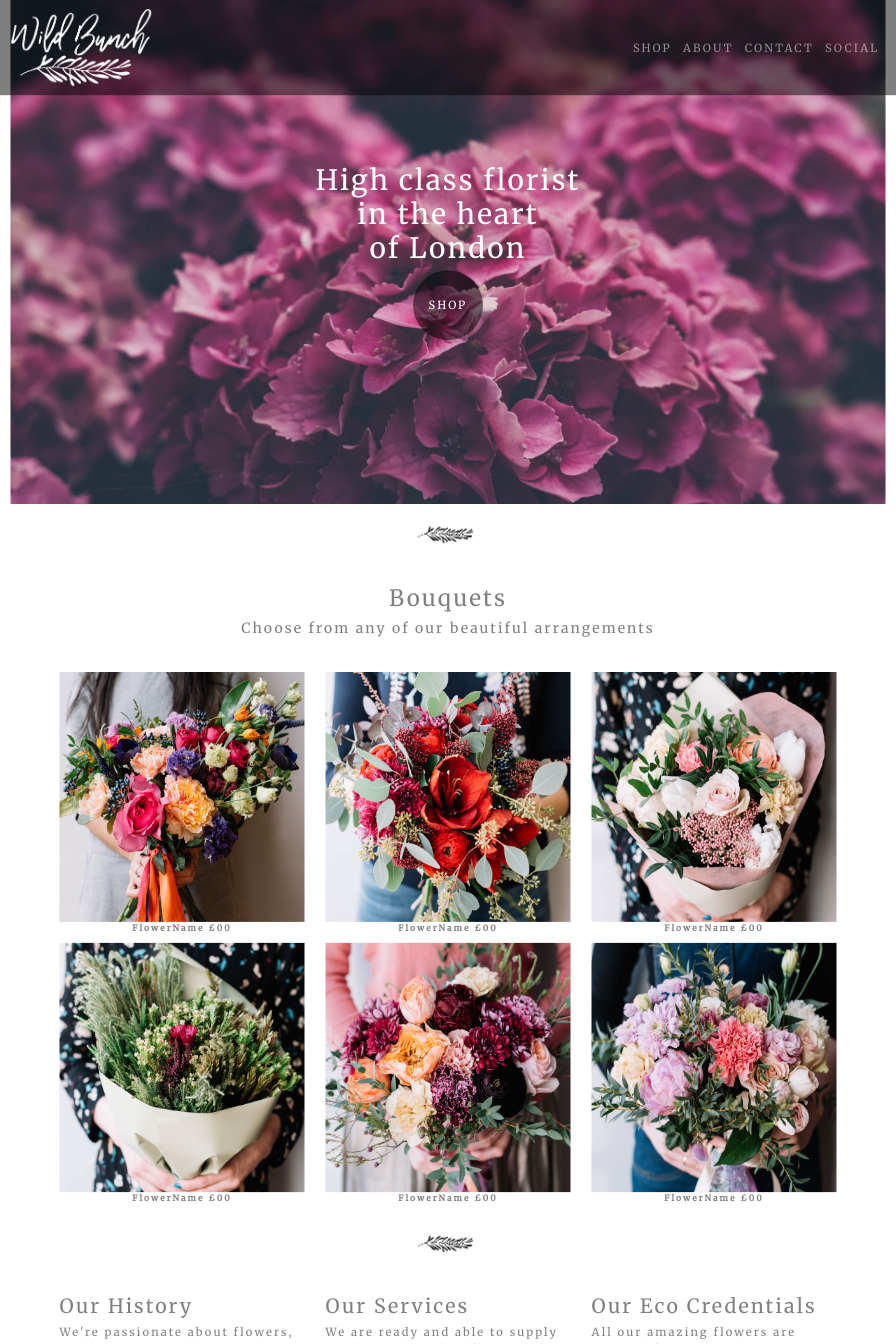
Repository: GarySimons/One-Milestone-Project
Page: assets/indexold.html
The author's editor kept a record of every edit. The page is drawn from the files as they stood at one moment, then again after the next edit.
The browser window is 1280 px wide. The pictures show the part of the page from y = 0 to 1920 px (the page is 2931 px tall before and 3067 px after), at 70% of full size.
Backgrounds fixed to the window are drawn as part of the page.

Above is the page before.

After the next edit:
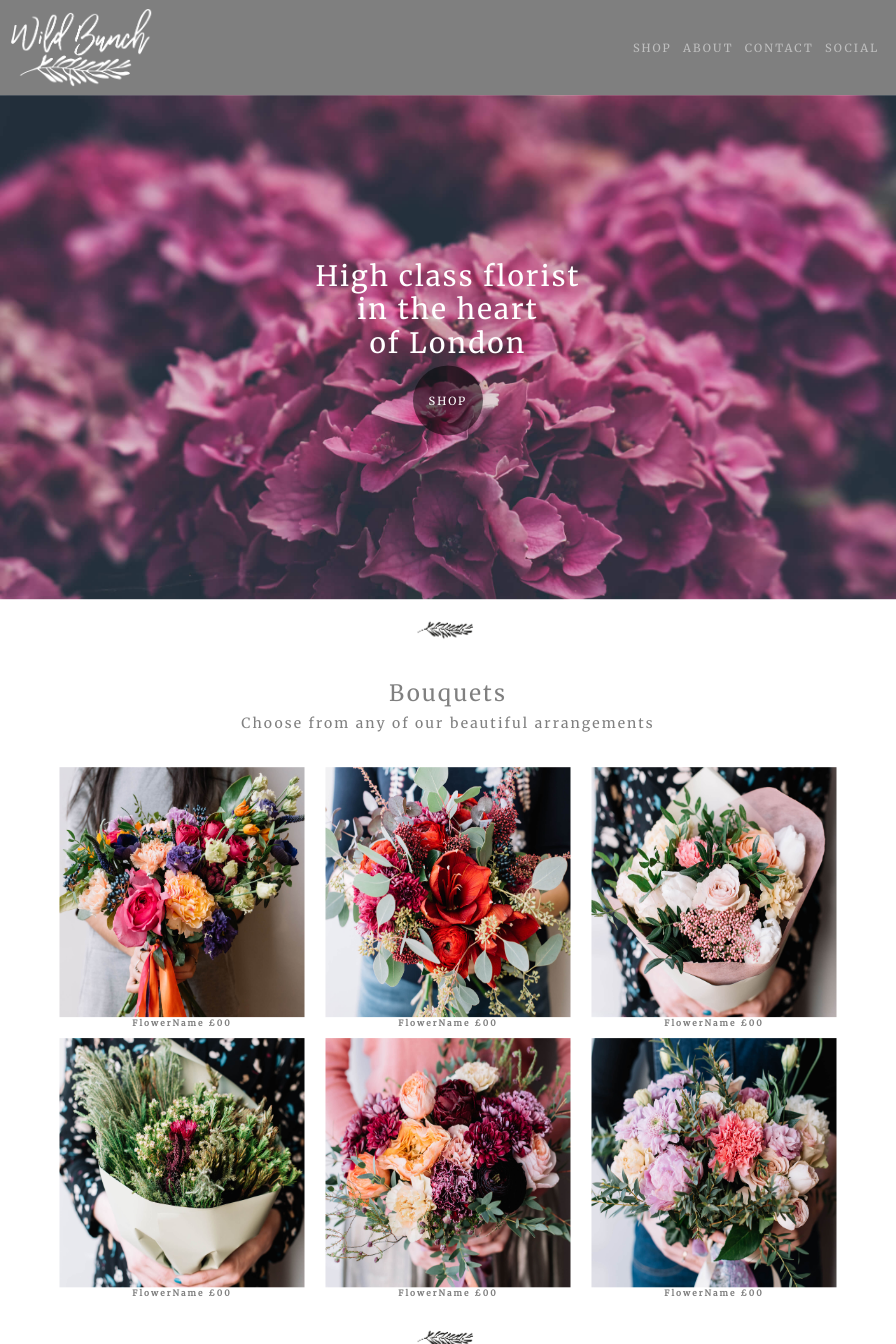
The edit:
--- a/assets/indexold.html
+++ b/assets/indexold.html
@@ -17,7 +17,7 @@
   <!-- Nav bar -->
 
 <main class="container-fluid">
-  <div class="container-fluid nav-container">
+  <section class="container-fluid nav-container">
     <nav class="navbar navbar-expand-sm navbar-dark">
       <a class="navbar-brand" href="#">
     <img src="assets/images/wild_bunch_white.png" width="200" height="110" alt="Wild_Bunch_Logo">

After the edit that followed:
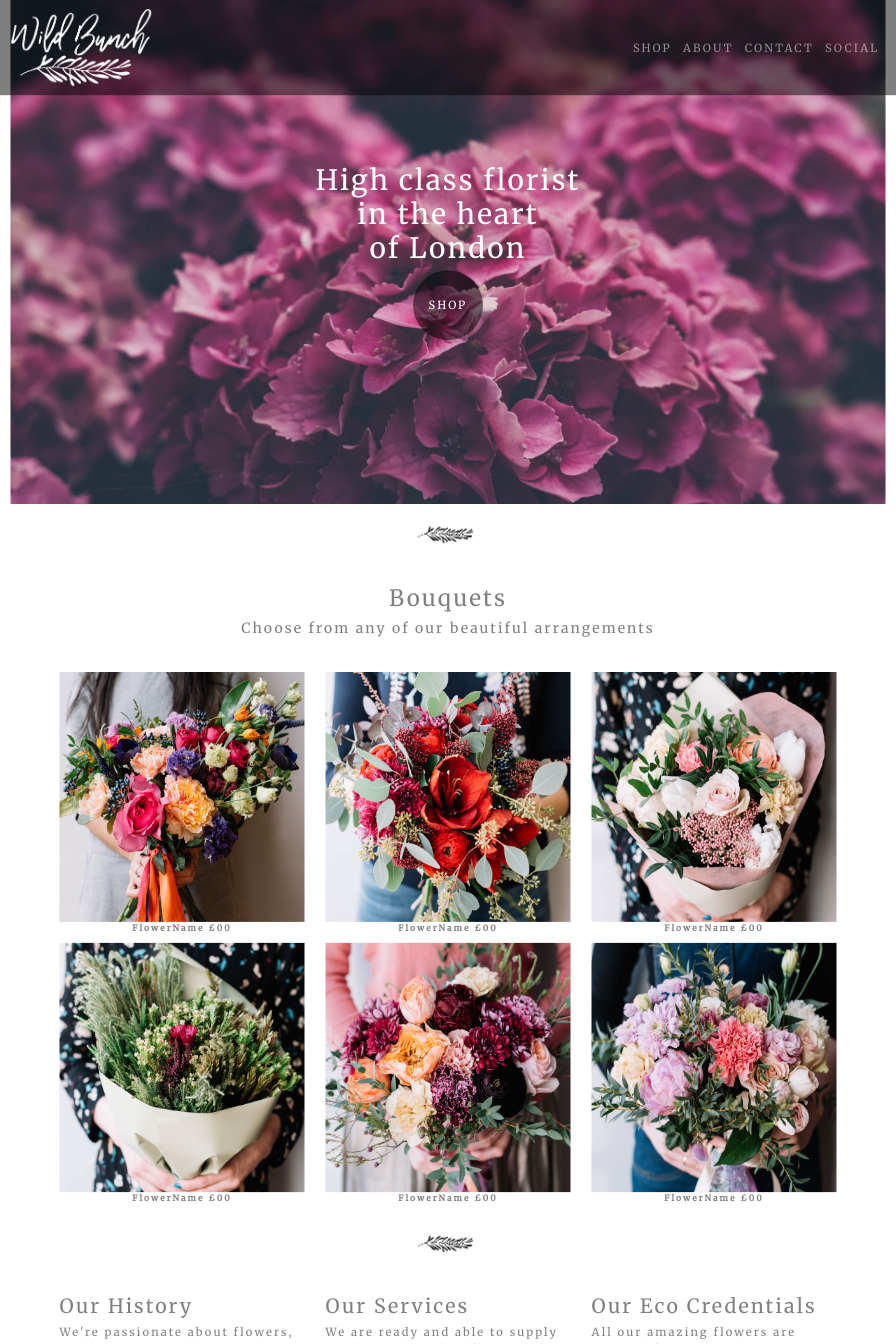
The edit:
--- a/assets/indexold.html
+++ b/assets/indexold.html
@@ -42,7 +42,7 @@
         </ul>
       </div>
     </nav>
-  </div>
+  </section>
 
   <!-- Home Page -->
 
